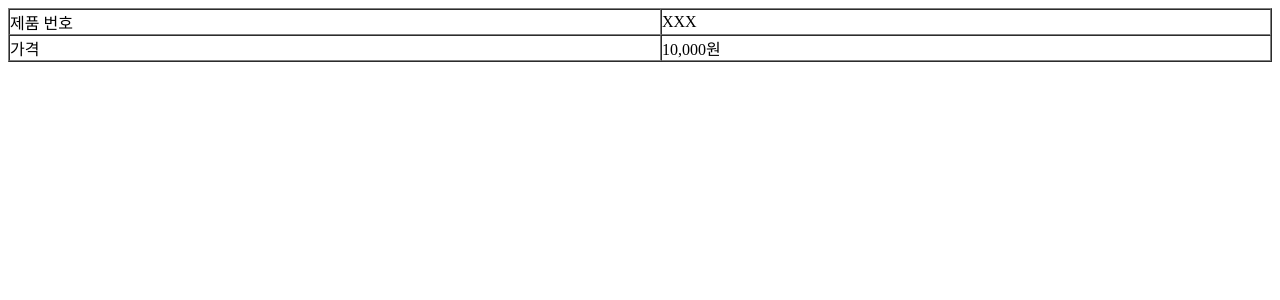
Repository: kr1124/jsp
Page: http://localhost/ServletProject/temp/template/info_view.jsp
The author's editor kept a copy of each file at every save. The page is drawn from the files as they stood at one save, then again after the next save.
The browser window is 1280 px wide. The pictures show the whole page.
The page is served by Tomcat 9.

Above is the page before, as saved 2024-12-05 02:07:13.

After the next save:
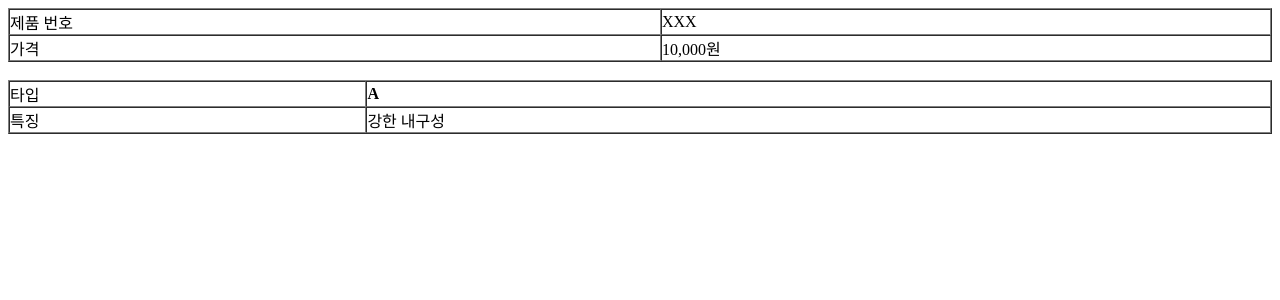
Saved 2 min 6 s later.
--- a/ServletProject/src/main/webapp/temp/template/info_view.jsp
+++ b/ServletProject/src/main/webapp/temp/template/info_view.jsp
@@ -9,4 +9,6 @@
 		<td>가격</td> <td>10,000원</td>
 	</tr>
 </table>
-<jsp:include page="infoSub.jsp"></jsp:include>
+<jsp:include page="infoSub.jsp" flush="false" >
+	<jsp:param value="A" name="type"/>
+</jsp:include>
